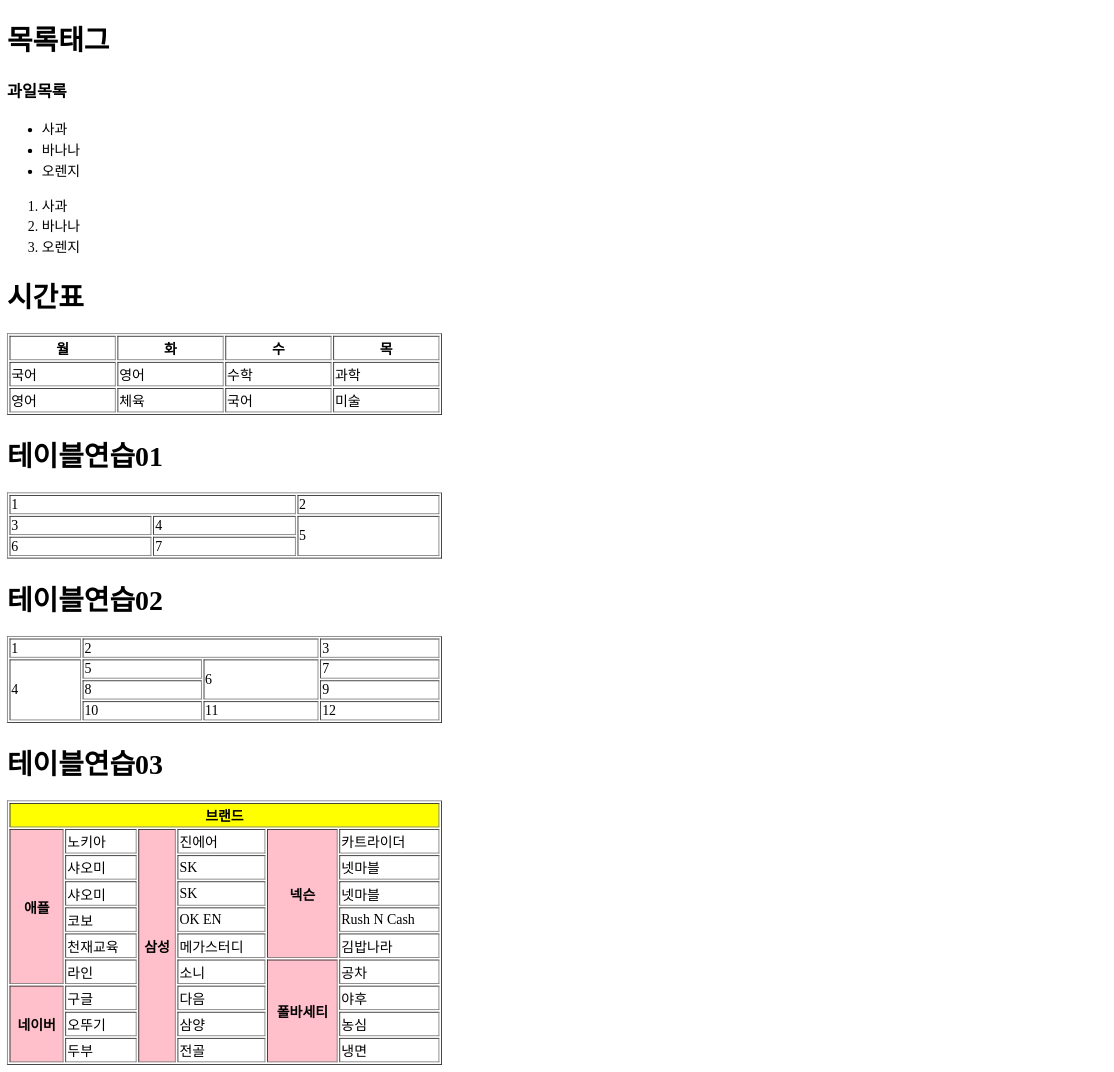
Repository: kmg8138/html
Page: 2020.04.06/ex0406/WebContent/ex04.html
The author's editor kept a copy of each file at every save. The page is drawn from the files as they stood at one save, then again after the next save.
The browser window is 1280 px wide. The pictures show the whole page, at 87% of full size.

Above is the page before, as saved 2020-04-06 05:52:11.

After the next save:
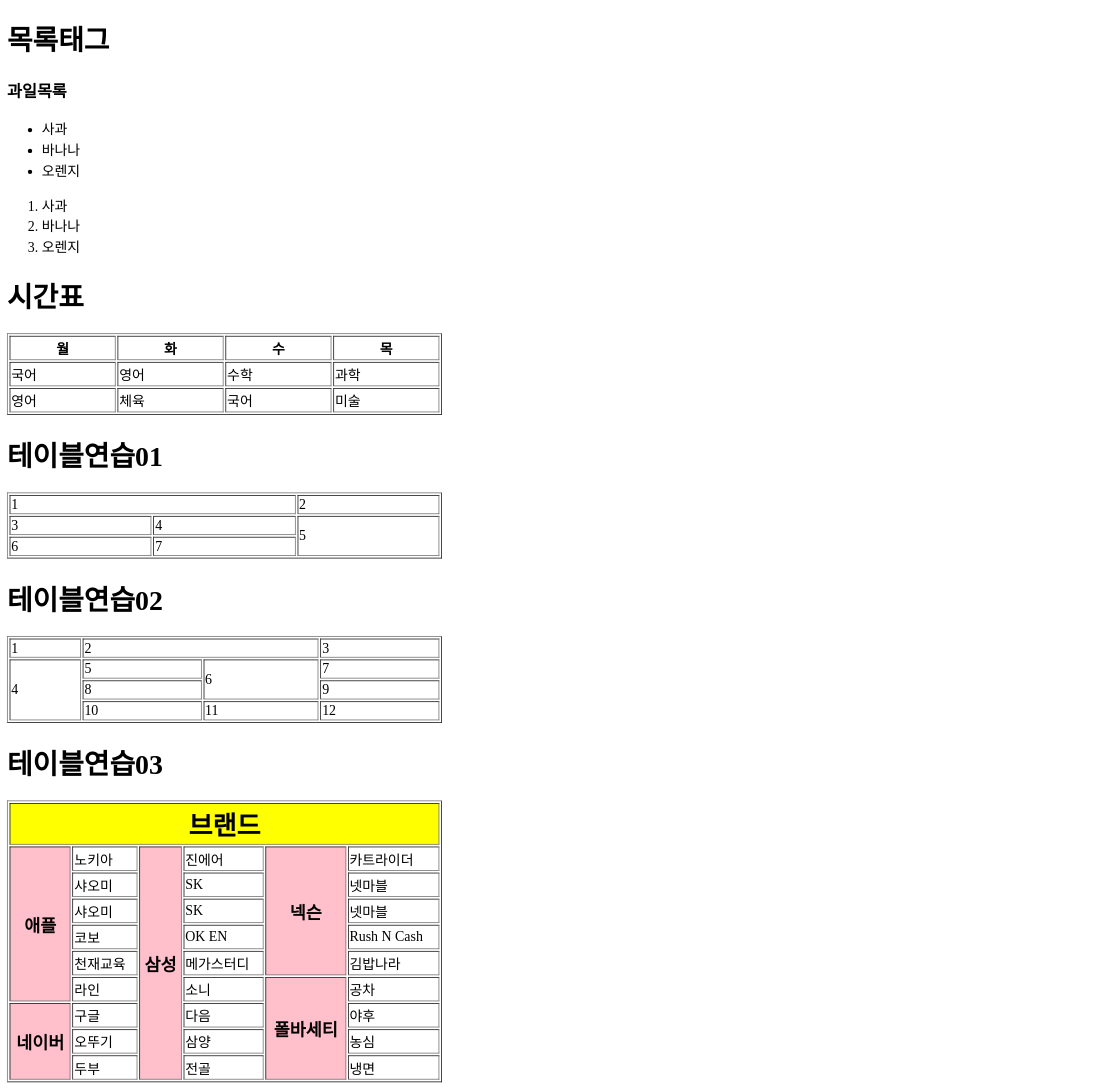
Saved 42 s later.
--- a/2020.04.06/ex0406/WebContent/ex04.html
+++ b/2020.04.06/ex0406/WebContent/ex04.html
@@ -4,8 +4,8 @@
 	<meta charset="UTF-8">
 	<title>연습4</title>
 	<style>
-		#maintitle{background: yellow; size=30;}
-		.title{background: pink;}
+		#maintitle{background: yellow; font-size: 30px;}
+		.title{background: pink; font-size: 20px;}
 	</style>
 </head>
 <body>
